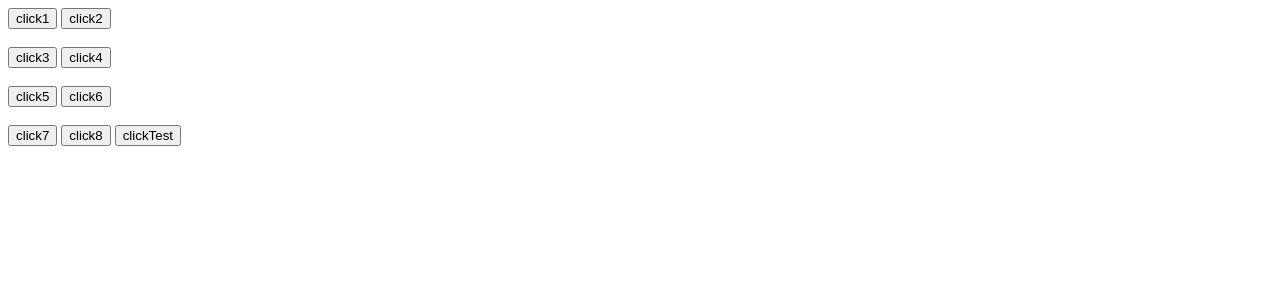
Repository: Jeong43/WebStudy
Page: JsonApp/WebContent/JsonTest08.html
An editor plug-in stored every save of this project. The page is shown before and after the next save, followed by the edit.
The browser window is 1280 px wide. The pictures show the whole page.

Above is the page before, as saved 2021-12-09 05:04:42.

After the next save:
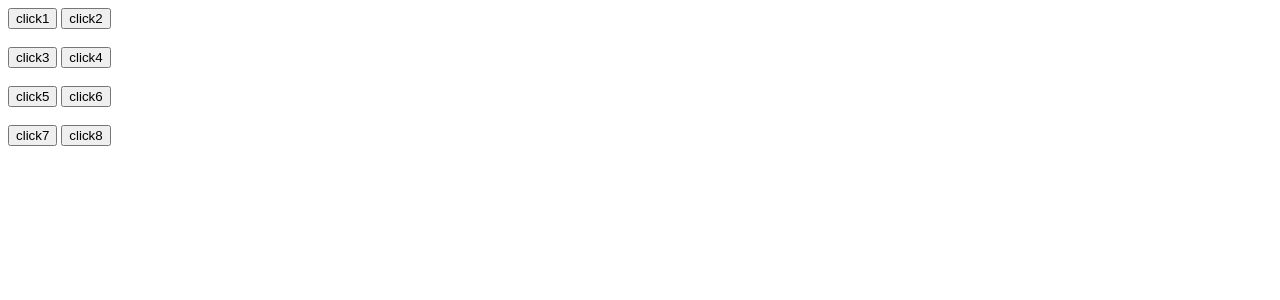
Console error (its wording comes from the project's code and is left out).
Saved 6 min 46 s later.
--- a/JsonApp/WebContent/JsonTest08.html
+++ b/JsonApp/WebContent/JsonTest08.html
@@ -55,17 +55,12 @@
 	        다음과 같은 접근이나 처리는 불가능하다. 		-->
 
 	<!-- ccc -->
-	<input type="button" value="click7" onclick="alert(myJsonObj8.test[0][0])" />
+	<input type="button" value="click7" onclick="alert(myJsonObj8.[0][0])" />
 	<!-- → X -->
-	<!-- c -->
 
 	<!-- ppp -->
-	<input type="button" value="click8" onclick="alert(myJsonObj8.test[1][1])" />
+	<input type="button" value="click8" onclick="alert(myJsonObj8.[1][1])" />
 	<!-- → X -->
-	<!-- d -->
-
-	<!-- @@ -->
-	<input type="button" value="clickTest" onclick="alert(myJsonObj8.test[0][0])" />
 
 </form>
 
